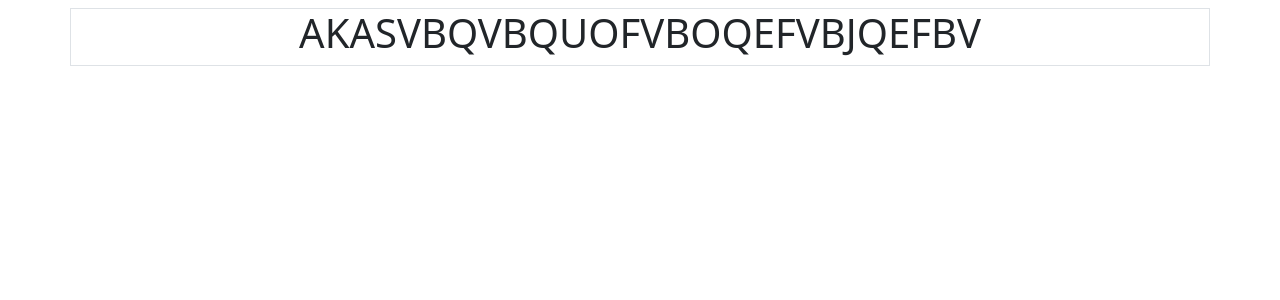
Repository: LASCLUu/Desenvolvimento-Web-Mobile-e-Jogos
Page: / (app in react-componentes-props/)
An editor plug-in stored every save of this project. The page is shown before and after a run of saves, followed by the edit.
The browser window is 1280 px wide. The pictures show the whole page.
The project was rebuilt for these pictures with package versions that can differ from the ones it lists, and the page was loaded fresh each time.

Above is the page before, as saved 2024-09-23 21:34:57.

### react-componentes-props/src/index.js
import React from 'react';
import ReactDOM from 'react-dom';
import 'bootstrap/dist/css/bootstrap.min.css';
//import '@fortawesome/fontawesome-free/css/all.min.css/'

const App = () => {
    return (
        <div className='container border mt-2'>
            <div className="row">
                <div className='col-12'>
                    <h1 className='text-center'>AKASVBQVBQUOFVBOQEFVBJQEFBV</h1>
                </div>
            </div>
            <div className='r'></div>
        </div>
    )
}

ReactDOM.render(
    <App/>,
    document.querySelector('#root')
)

Loaded but not shown: react-componentes-props/public/index.html (common file)

After the next 5 saves:
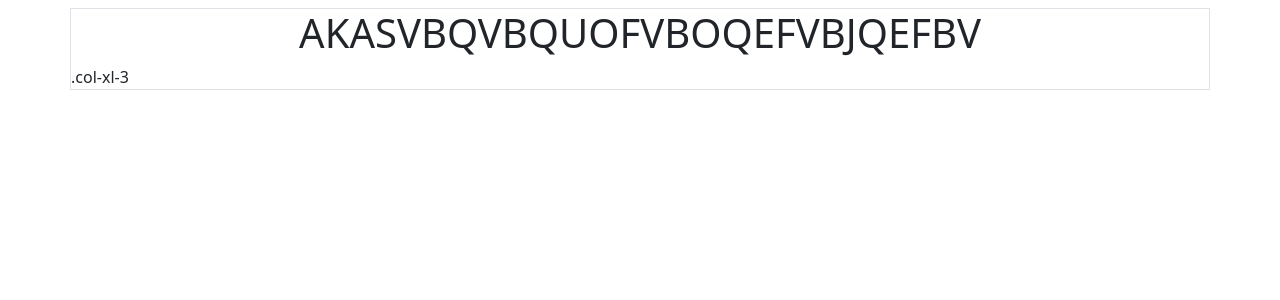
The 5 saves are shown as one change because they came seconds apart.
The last was saved 14 s later.
--- a/react-componentes-props/src/index.js
+++ b/react-componentes-props/src/index.js
@@ -11,7 +11,9 @@ const App = () => {
                     <h1 className='text-center'>AKASVBQVBQUOFVBOQEFVBJQEFBV</h1>
                 </div>
             </div>
-            <div className='r'></div>
+            <div className='row'>
+                .col-xl-3
+            </div>
         </div>
     )
 }
